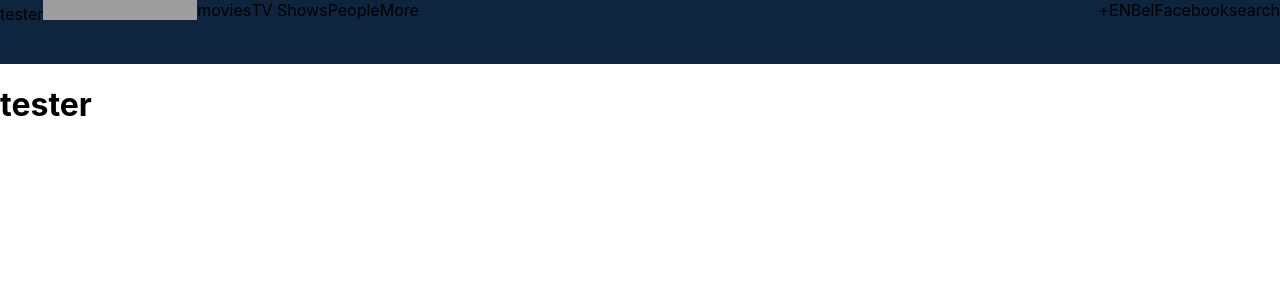
Repository: Fauzaanmhmd/qnpTesFrontend
Page: /
An editor plug-in stored every save of this project. The page is shown before and after the next save, followed by the edit.
The browser window is 1280 px wide. The pictures show the whole page.
Pictures or frames that could not be fetched are drawn as grey boxes. The page's requests for data from a server got no answer. The project was rebuilt for these pictures with package versions that can differ from the ones it lists, and the page was loaded fresh each time. The framework's server and built-in components were replaced by stand-ins that run in the browser. No one was signed in, and anything a server would have sent is missing. Also part of the build but not shown: next.config.js, styles/Moviecard.module.scss, pages/components/Moviecard.tsx.

Above is the page before, as saved 2022-03-17 08:57:44.

### pages/index.tsx
import type { NextPage } from 'next'
import styles from '../styles/Home.module.scss'
import Section from './Section'
import { useEffect, useState } from 'react'
import axios from 'axios'
import MovieCard from './components/Moviecard'
import Youtube from 'react-youtube'
import { ReactNode } from 'react'
import Navbar from './components/Navbar'


const Home: NextPage = () => {

  const MOVIE_API = "https://api.themoviedb.org/3"
  const SEARCH_API = MOVIE_API + "search/movie"
  const BACKDROP_PATH = "https://image.tmdb.org/t/p/w1280"
  const API_KEY = "b3802c15c1569a1a0caa6bee01c6f23e"
  const DISCOVER_API = `${MOVIE_API}/discover/movie`

  const [movie, setMovie] = useState({ title: "Loading Movies" })
  const [trailer, setTrailer] = useState(null)
  const [playing, setPlaying] = useState(false)
  const [movies, setMovies] = useState([])
  const [searchKey, setSearchKey] = useState("")

  useEffect(() => {
    fetchMovies()
  }, [])

  const fetchMovies = async () => {

    const { data } = await axios.get(`${searchKey ? SEARCH_API : DISCOVER_API}`, {
      params: {
        api_key: API_KEY,
        query: searchKey
      }
    })

    console.log(data)
    setMovies(data.results)
  }

  const renderMovies = () => {
    return movies?.map((movie: any) => (
      <MovieCard
        key={movie.id}
        movie={movie}
      />
    ))
  }

  return (
    <div>
      <header>
        <Navbar />
      </header>
      <div>
        <h1>tester</h1>
        <div className={styles.container}>
          {renderMovies()}
        </div>
      </div>
    </div>
  )

}


export default Home

### styles/Home.module.scss
.container {
    display: flex;
    align-items: center;
    flex-wrap: nowrap;
    flex-direction: row;
    margin-top: 8px;
    margin-left: 2rem;
    max-width: 100%;
    overflow-x: auto;
}

### pages/components/Navbar.tsx
import styles from "../../styles/Navbar.module.scss"

const Navbar = () => {
    return (
        <div className={styles.Navbar}>
            <div className={styles.NavbarItem}>
                <div>
                    tester
                    <img src="https://www.themoviedb.org/assets/2/v4/logos/v2/blue_short-8e7b30f73a4020692ccca9c88bafe5dcb6f8a62a4c6bc55cd9ba82bb2cd95f6c.svg" />
                </div>
                <div>
                    movies
                </div>
                <div>
                    TV Shows
                </div>
                <div>
                    People
                </div>
                <div>
                    More
                </div>
            </div>
            <div className={styles.NavbarIcon}>
                <div>
                    +
                </div>
                <div>
                    EN
                </div>
                <div>
                    Bel
                </div>
                <div>
                    Facebook
                </div>
                <div>
                    search
                </div>
            </div>
        </div>
    )
}

export default Navbar

### styles/Navbar.module.scss
@import "./utils/utils.scss";

.Navbar {
    display: flex;
    justify-content: space-between;
    background-color: $darkblue;
}

.NavbarItem {
    display: flex;
    width: 100%;
    height: 4rem;

    img {
        width: 154px;
        height: 20px;
    }
}

.NavbarIcon {
    display: flex;
}

### styles/utils/utils.scss
@import "./color.scss";

### styles/utils/color.scss
$lightgreen : #90cea1;
$white: #FFFFFF;
$lightblue: #01b4e4;
$darkblue: #0d253f;

Loaded but not shown: pages/_app.tsx (common file); styles/globals.scss (common file)

After the next save:
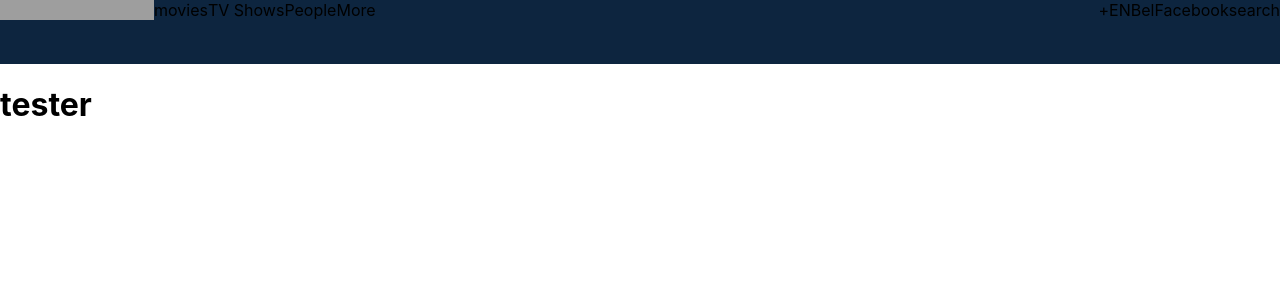
Saved 9 s later.
--- a/pages/components/Navbar.tsx
+++ b/pages/components/Navbar.tsx
@@ -5,7 +5,6 @@
         <div className={styles.Navbar}>
             <div className={styles.NavbarItem}>
                 <div>
-                    tester
                     <img src="https://www.themoviedb.org/assets/2/v4/logos/v2/blue_short-8e7b30f73a4020692ccca9c88bafe5dcb6f8a62a4c6bc55cd9ba82bb2cd95f6c.svg" />
                 </div>
                 <div>
